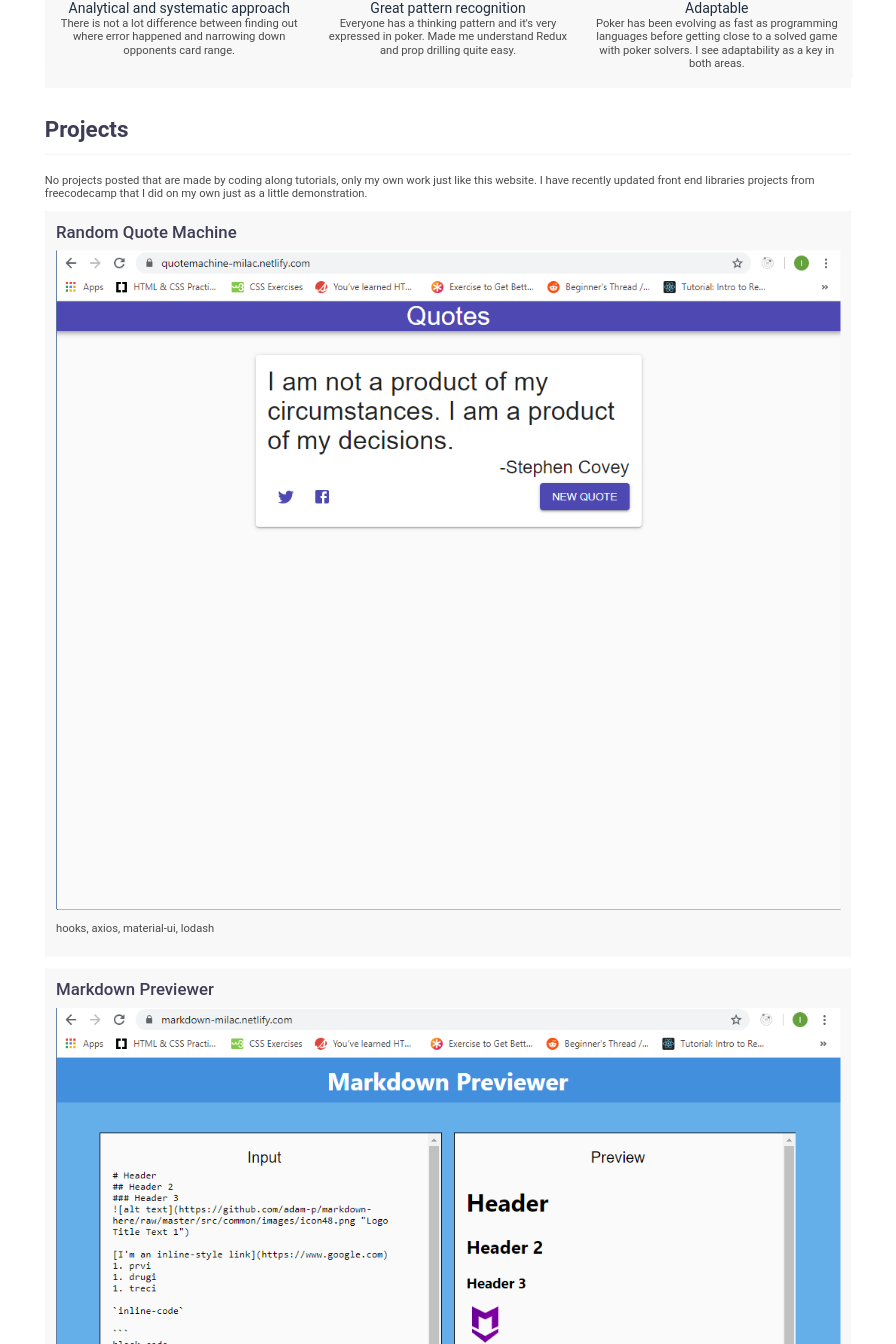
Repository: milac0/my-website
Page: /
These files come from the project's save history. The page is drawn as it stood at one moment and after the next save; the edit follows.
The browser window is 1280 px wide. The pictures show the part of the page from y = 1548 to 3468 px (the page is 6645 px tall before and 6626 px after), at 70% of full size.
The project was rebuilt for these pictures with package versions that can differ from the ones it lists, and the page was loaded fresh each time. Also part of the build but not shown: src/components/formContact.module.css, src/components/FormContact.js, src/pages/contact.module.css, src/pages/Contact.js. Imported but missing from the stored project, and not drawn on this page: src/resume.pdf.

Above is the page before, as saved 2019-10-24 21:50:33.

### public/index.html
<!DOCTYPE html>
<html lang="en">
  <head>
    <meta charset="utf-8" />
    <link rel="icon" href="%PUBLIC_URL%/favicon.ico" />
    <meta name="viewport" content="width=device-width, initial-scale=1" />
    <meta name="theme-color" content="#000000" />
    <meta
      name="description"
      content="Web site created using create-react-app"
    />
    <!--
      manifest.json provides metadata used when your web app is installed on a
      user's mobile device or desktop. See https://developers.google.com/web/fundamentals/web-app-manifest/
    -->
    <link rel="manifest" href="%PUBLIC_URL%/manifest.json" />
    <!--
      Notice the use of %PUBLIC_URL% in the tags above.
      It will be replaced with the URL of the `public` folder during the build.
      Only files inside the `public` folder can be referenced from the HTML.

      Unlike "/favicon.ico" or "favicon.ico", "%PUBLIC_URL%/favicon.ico" will
      work correctly both with client-side routing and a non-root public URL.
      Learn how to configure a non-root public URL by running `npm run build`.
    -->
    <title>Mile Balenovic</title>
  </head>
  <body>
    <noscript>You need to enable JavaScript to run this app.</noscript>
    <div id="root"></div>
    <!--
      This HTML file is a template.
      If you open it directly in the browser, you will see an empty page.

      You can add webfonts, meta tags, or analytics to this file.
      The build step will place the bundled scripts into the <body> tag.

      To begin the development, run `npm start` or `yarn start`.
      To create a production bundle, use `npm run build` or `yarn build`.
    -->
  </body>
</html>

### src/index.css
html, body {
  height: 100%;
}


body {
  margin: 0;
  font-family: 'Roboto', sans-serif;
  -webkit-font-smoothing: antialiased;
  -moz-osx-font-smoothing: grayscale;
}

/*****
  Navbar & Hero
*****/

header,
.hero {
  background:#3F3D56;
  border-bottom: 0.1px solid #ffffff;
  text-align: center;
}

.hero {
  margin-bottom: 2em;
}

.container {
  width: 90%;
  max-width: 1200px;
  margin: 0 auto;
}

nav li {
  list-style: none;
  max-width: 400px;
  margin: 0 auto;
  display: flex;
  justify-content: space-evenly;
  align-items: center;
}

.nav-item:hover {
  filter: invert(0.1);
}
nav ul {
  padding: 0;
}

.hero {
  margin-bottom: 2.5em;
}

.hero-profile {
  padding: 3em 0;
}

.hero-profile img {
  margin-bottom: 0.5em;
}

.hero-profile-title,
.hero-profile-subtitle {
  color: #ffffff;
}

.hero-profile h1 {
  margin: 0;
  font-size: 2rem;
}

.hero-profile p {
  font-size: 1rem;
  margin: 0;
  margin-top: -0.25rem;
  margin-bottom: 1.5em;
}

.hero-profile-subtitle strong {
  font-weight: 700;
  color: #61dafb;
}

.button-cta,
.button-home {
  background: #00AEA0;
  color: #1f2e3f;
  padding: 0.75em 2em;
  border: none;
  border-radius: 20px;
  font-size: 1rem;
  font-weight: 700;
  text-decoration: none;
}

.button-cta:hover,
.button-cta:focus {
  background: #00C1B1;
  color: #1f2e3f;
  cursor: pointer;
}

.button-home {
  background: #ffffff;
  border: 2px solid #1f2e3f;
  padding: 0.3em 1em;
}

.button-home:hover,
.button-home:focus {
  border: 2px solid #ffffff;
 filter: invert(0.1);
}


/*****
  Typography
*****/

h1 {
  color: #3F3D56;
}

h2 {
  color: #3F3D56;
  font-size: 1.5rem;
  font-weight: 500;
  margin: 0;
}

p,
ul {
  color: #4a4a4a;
}

.section-skill h2 {
  color: #1F2E3F;
  font-size: 1.25rem;
  font-weight: 400;
  margin: 0;
}

.section-body {
  font-size: 1rem;
  margin-bottom: 1em;
}

#section-cta .section-title,
#section-cta .section-body {
  color: #ffffff;

}

/*****
  Layout
*****/
section {
  margin-bottom: 2.5em;
}

.section-title {
  border-bottom: 2px solid #F8F8F9;
  font-size: 2rem;
  padding-bottom: 0.5em;
}

.article-education,
.section-skill {
  box-shadow: 2px 2px #F8F8F9;
  border: 2px solid #F8F8F9;
  margin-bottom: 1em;
  padding: 0.5em;
}

.article-education li{
  margin-bottom: 0.5em;
}

.section-skill {
  background: #F8F8F9;
  text-align: center;
}

.section-skill p {
  margin: 0;
}

.section-skill-image {
  display: block;
  margin: 0 auto 1em auto;
  height: 260px;
  width: 100%;
}

article {
  background: #F8F8F9;
  padding: 1em;
  margin-bottom: 1em;
}

article h2 {
  margin-bottom: 0.5em;
}

.project-image {
  display: block;
  width: 100%;
  cursor: pointer;
  border-left: 1px solid #19427A;
  border-bottom: 1px solid #19427A;
  border-radius: 0 0 0 5px;
}

.project-image:hover {
  filter: invert(0.1);
}


#section-cta {
  padding-bottom: 5em;
  background: #3F3D56;
}

#section-cta{
  text-align: center;
  padding: 0.5em;
}

#section-cta .button-cta {
  margin: 1em 0 2em 0;
}

footer {
  background: #F8F8F9;
  padding: 3em 0;
  width: 100%;
  text-align: center;
  flex-shrink: 0;
}

.invalid-feedback {
  color: #D8000C;
  font-size: 0.75rem;
  font-family: 'Roboto', sans-serif;
}

@media (min-width: 752px) {
  nav li {
    max-width: 100%;
    margin: 0 auto;
    display: flex;
    justify-content: flex-end;
    align-items: center;
    position: relative;
  }

  nav ul {
    margin-left: 3em;
  }

  .nav-home-item {
    position: absolute;
    left: 0;
    margin: 0;
  }

  .articles-education {
    display: flex;
    flex-direction: row;
    justify-content: space-between;
  }

  .education-one {
    margin-right: 0.5em;
  }

  .education-two {
    margin-left: 0.5em;
  }

  .section-skills {
    background: #F8F8F9;
    display: flex;
    flex-direction: row;
    align-items: baseline;
  }
  .section-skill {
    flex: 1 1 300px;
      }

  .section-skill-image {
    height: auto;
    width: 100%;
  }
}

### src/App.js
import React from 'react';
import {
  BrowserRouter as Router,
  Switch,
  Route,
} from "react-router-dom";
import Home from './pages/Home'
import Contact from './pages/Contact';

function App() {
  return (
      <Router>
        <Switch>
        <Route path ="/" exact component={Home} />
        <Route path ="/contact" component={Contact} />
        </Switch>
      </Router>

  );
}

export default App;

### src/pages/Home.js
import React, { Fragment } from "react";
import Navbar from "../components/Navbar";
import Hero from "../components/Hero";
import AboutMe from "../components/AboutMe";
import Education from "../components/Education";
import Experience from "../components/Experience";
import Projects from "../components/Projects";
import SectionCTA from "../components/SectionCTA";
import Footer from "../components/Footer";

const Home = () => {
  return (
    <Fragment>
      <Navbar />
      <Hero />
      <main>
        <div className="container">
          <AboutMe />
          <Education />
          <Experience />
          <Projects />
          <SectionCTA />
        </div>
      </main>
      <Footer />
    </Fragment>
  );
};

export default Home;

### src/components/Navbar.js
import React from "react";
import { Link } from "react-router-dom";

import resumeIcon from "../images/resume.png";
import linkedinIcon from "../images/linkedin.png";
import githubIcon from "../images/github.png";
import homeIcon from "../images/home.png";
import resumePdf from "../resume.pdf";

//mui
import Tooltip from "@material-ui/core/Tooltip";

const Navbar = () => {
  return (
    <header>
      <div className="container">
        <nav>
          <li>
            <ul className="nav-home-item">
              <Tooltip title="Home">
                <Link to="/">
                  <img className="nav-item" src={homeIcon} alt="home" />
                </Link>
              </Tooltip>
            </ul>
            <ul>
              <Tooltip title="Resume">
                <a href={resumePdf} download target="_self">
                  <img className="nav-item" src={resumeIcon} alt="resume" />
                </a>
              </Tooltip>
            </ul>
            <ul>
              <Tooltip title="Linkedin">
                <a
                  href="https://www.linkedin.com/in/mile-balenovi%C4%87-a4ab9188/"
                  target="_blank"
                  rel="noopener noreferrer"
                >
                  <img className="nav-item" src={linkedinIcon} alt="linkedin" />
                </a>
              </Tooltip>
            </ul>
            <ul>
              <Tooltip title="Github">
                <a
                  href="https://github.com/milac0"
                  target="_blank"
                  rel="noopener noreferrer"
                >
                  <img className="nav-item" src={githubIcon} alt="github" />
                </a>
              </Tooltip>
            </ul>
          </li>
        </nav>
      </div>
    </header>
  );
};

export default Navbar;

### src/components/Hero.js
import React from "react";
import { Link } from "react-router-dom";
import LazyLoad from "react-lazyload";
import profileImg from "../images/profile.png";

const Hero = () => {
  return (
    <div className="hero">
      <div className="container">
        <div className="hero-profile">
          <img src={profileImg} className="hero-profile-image" alt="profile" />
          <h1 className="hero-profile-title">Mile Balenovic</h1>
          <p className="hero-profile-subtitle">
            Switching career to <strong>React</strong> development
          </p>
          <Link to="/contact">
            <button className="button-cta">Contact Me!</button>
          </Link>
        </div>
      </div>
    </div>
  );
};

export default Hero;

### src/components/AboutMe.js
import React from "react";

const AboutMe = () => {
  return (
    <section>
      <h1 className="section-title">About Me</h1>
      <p className="section-body">
        <strong>
          Master of Science in Information and communication technology.
        </strong>{" "}
        Constant learning and skill growth is what motivates me, while
        problem-solving and overcoming obstacles excites me. Completely involved
        in JavaScript upon ending online poker career in March 2019.
      </p>
    </section>
  );
};

export default AboutMe;

### src/components/Education.js
import React from "react";

const Education = () => {
  return (
    <section>
      <h1 className="section-title">Education</h1>
      <div className="articles-education">
      <article className="article-education education-one">
        <h2>Informal education</h2>
        <p>
          Internet is full of programming materials. Sites listed down below
          helped me learn a lot about
          <strong> HTML</strong>, <strong>CSS</strong>,{" "}
          <strong>JavaScript</strong>,<strong> React</strong> and a little bit
          about other technologies from the ground up.
        </p>
        <ul>
          <li>freeCodeCamp.org</li>
          <li>Udemy courses from Andrew Mead and Maximilian Schwarzmüller</li>
          <li>
            Youtube tutorials from channels: classNameed, The Net Ninja, Travery
            Media{" "}
          </li>
          <li>MDN</li>
          <li>W3Schools</li>
          <li>stackoverflow</li>
        </ul>
      </article>
      <article className="article-education education-two">
        <h2>Formal Education</h2>
        <ul>
          <li>
            <strong>
              University of Zagreb, Faculty of Electrical Engineering and
              Computing
            </strong>
            , Master of Science in Information and communication technology -
            Oct 2011 - Sep 2014
          </li>
          <li>
            <strong>
              University of Zagreb, Faculty of Electrical Engineering and
              Computing
            </strong>
            , Bachelor of Science in Computing - Oct 2008 - Jun 2011
          </li>
          <li>
            <strong>Technical School of Ruđer Bošković</strong> - Sep 2004 - May
            2008
          </li>
        </ul>
      </article>
      </div>
    </section>
  );
};

export default Education;

### src/components/Experience.js
import React from "react";
import LazyLoad from "react-lazyload";
import analyticalImg from "../images/analytical.svg";
import patternImg from "../images/pattern.svg";
import adaptiveImg from "../images/adaptive.svg";

const Experience = () => {
  return (
    <section>
      <h1 className="section-title">Experience</h1>
      <p className="section-body">
        I have a work experience of a self-employed online poker player. You may
        be asking what does it mean to you as a potential employer. Online poker
        made me develop skills that are translatable into programming:
      </p>
      <div className="section-skills">
      <div className="section-skill">
        <LazyLoad height={260}>
          <img
            className="section-skill-image"
            src={analyticalImg}
            alt="analytical"
          />
        </LazyLoad>
        <h2>Analytical and systematic approach</h2>
        <p>
          There is not a lot difference between finding out where error happened
          and narrowing down opponents card range.
        </p>
      </div>
      <div className="section-skill">
        <LazyLoad height={260}>
          <img className="section-skill-image" src={patternImg} alt="pattern" />
        </LazyLoad>
        <h2>Great pattern recognition</h2>
        <p>
          Everyone has a thinking pattern and it's very expressed in poker. Made
          me understand Redux and prop drilling quite easy.
        </p>
      </div>
      <div className="section-skill">
        <LazyLoad height={260}>
          <img className="section-skill-image" src={adaptiveImg} alt="" />
        </LazyLoad>
        <h2>Adaptable</h2>
        <p>
          Poker has been evolving as fast as programming languages before
          getting close to a solved game with poker solvers. I see adaptability
          as a key in both areas.
        </p>
      </div>
      </div>
    </section>
  );
};

export default Experience;

### src/components/Projects.js
import React from "react";
import LazyLoad from "react-lazyload";

import quoteImg from "../images/quote.PNG";
import markdownImg from "../images/markdown.PNG";
import pomodoroImg from "../images/pomodoro.PNG";
import drumImg from "../images/drum.PNG";

const Projects = () => {
  return (
    <section>
      <h1 className="section-title">Projects</h1>
      <p className="section-body">
        No projects posted that are made by coding along tutorials, only my own work just like this website. I have recently updated
        front end libraries projects from freecodecamp that I did on my own just
        as a little demonstration.
      </p>
      <article>
        <h2>Random Quote Machine</h2>
        <a
          href="https://quotemachine-milac.netlify.com/"
          target="_blank"
          rel="noopener noreferrer"
        >
          <LazyLoad>
            <img className="project-image" src={quoteImg} alt="quote-machine" />
          </LazyLoad>
        </a>
        <p>hooks, axios, material-ui, lodash</p>
      </article>
      <article>
        <h2>Markdown Previewer</h2>
        <a
          href="https://markdown-milac.netlify.com/"
          target="_blank"
          rel="noopener noreferrer"
        >
          <LazyLoad>
            <img
              className="project-image"
              src={markdownImg}
              alt="markdown-previewer"
            />
          </LazyLoad>
        </a>
        <p>nothing</p>
      </article>
      <article>
        <h2>Drum Machine</h2>
        <a
          href="https://drummachine-milac.netlify.com/"
          target="_blank"
          rel="noopener noreferrer"
        >
          <LazyLoad>
            <img className="project-image" src={drumImg} alt="drum-machine" />
          </LazyLoad>
        </a>
        <p>hooks, axios, material-ui</p>
      </article>
      <article>
        <h2>Pomodoro Clock</h2>
        <a
          href="https://pomodoro-clo.netlify.com/"
          target="_blank"
          rel="noopener noreferrer"
        >
          <LazyLoad>
            <img
              className="project-image"
              src={pomodoroImg}
              alt="pomodoro clock"
            />
          </LazyLoad>
        </a>
        <p>hooks, axios, material-ui</p>
      </article>
    </section>
  );
};

export default Projects;

### src/components/SectionCTA.js
import React from "react";
import { Link } from "react-router-dom";

const SectionCTA = () => {
  return (
    <section id="section-cta">
      <h1 className="section-title">Do you like what you've read?</h1>
      <p className="section-body">
        I have plenty more to learn and with the guidance of yours more experienced
        employees I'm sure I can contribute to your company in no time.
      </p>
      <Link to="/contact">
        <button className="button-cta">Contact Me!</button>
      </Link>
    </section>
  );
};

export default SectionCTA;

### src/components/Footer.js
import React from "react";

const Footer = () => {
  return (
    <footer>
      <p> Copyright 2019</p>
    </footer>
  );
};

export default Footer;

Loaded but not shown: src/index.js (common file)

After the next save:
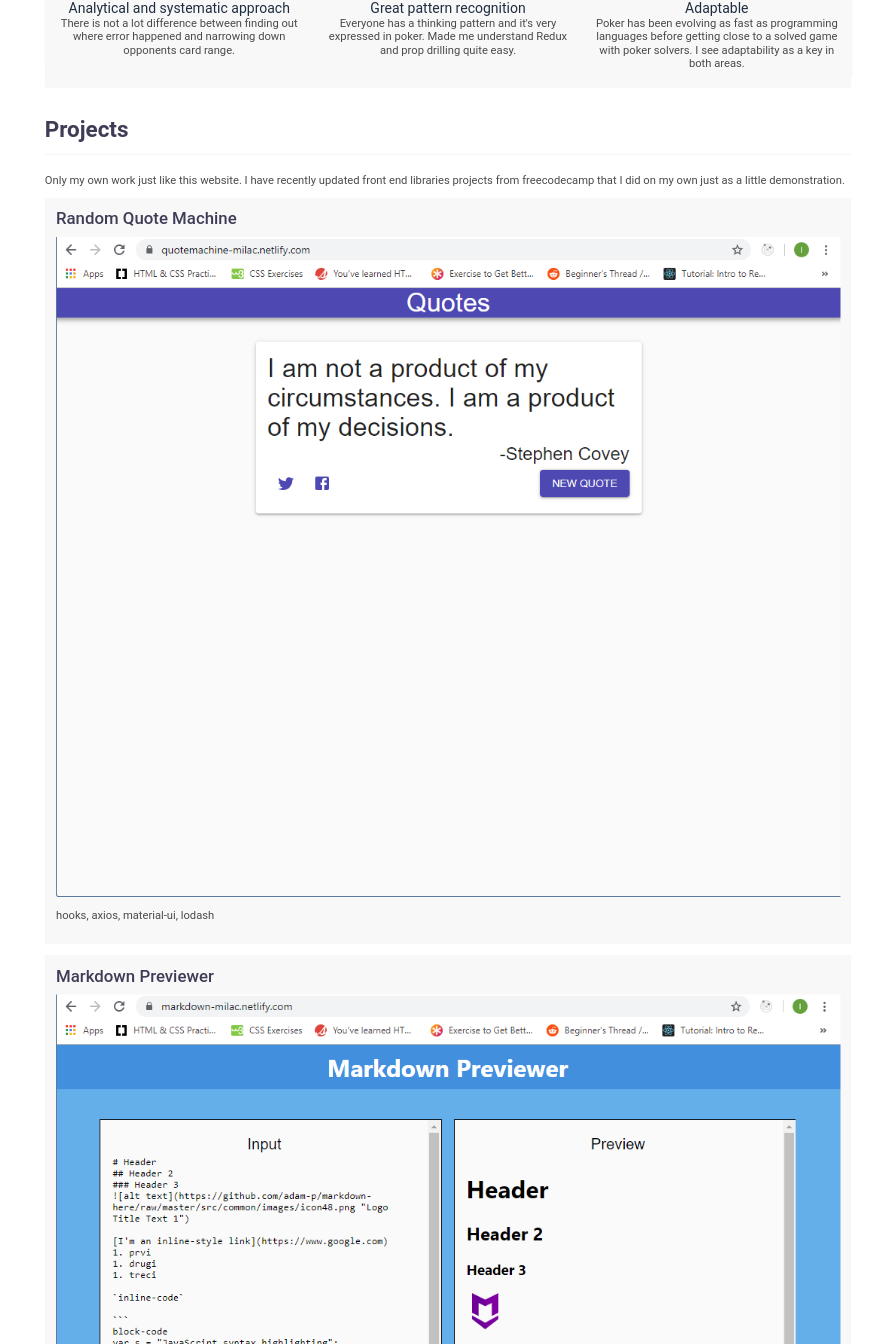
Saved 80 s later.
--- a/src/components/Projects.js
+++ b/src/components/Projects.js
@@ -11,7 +11,7 @@ const Projects = () => {
     <section>
       <h1 className="section-title">Projects</h1>
       <p className="section-body">
-        No projects posted that are made by coding along tutorials, only my own work just like this website. I have recently updated
+        Only my own work just like this website. I have recently updated
         front end libraries projects from freecodecamp that I did on my own just
         as a little demonstration.
       </p>
